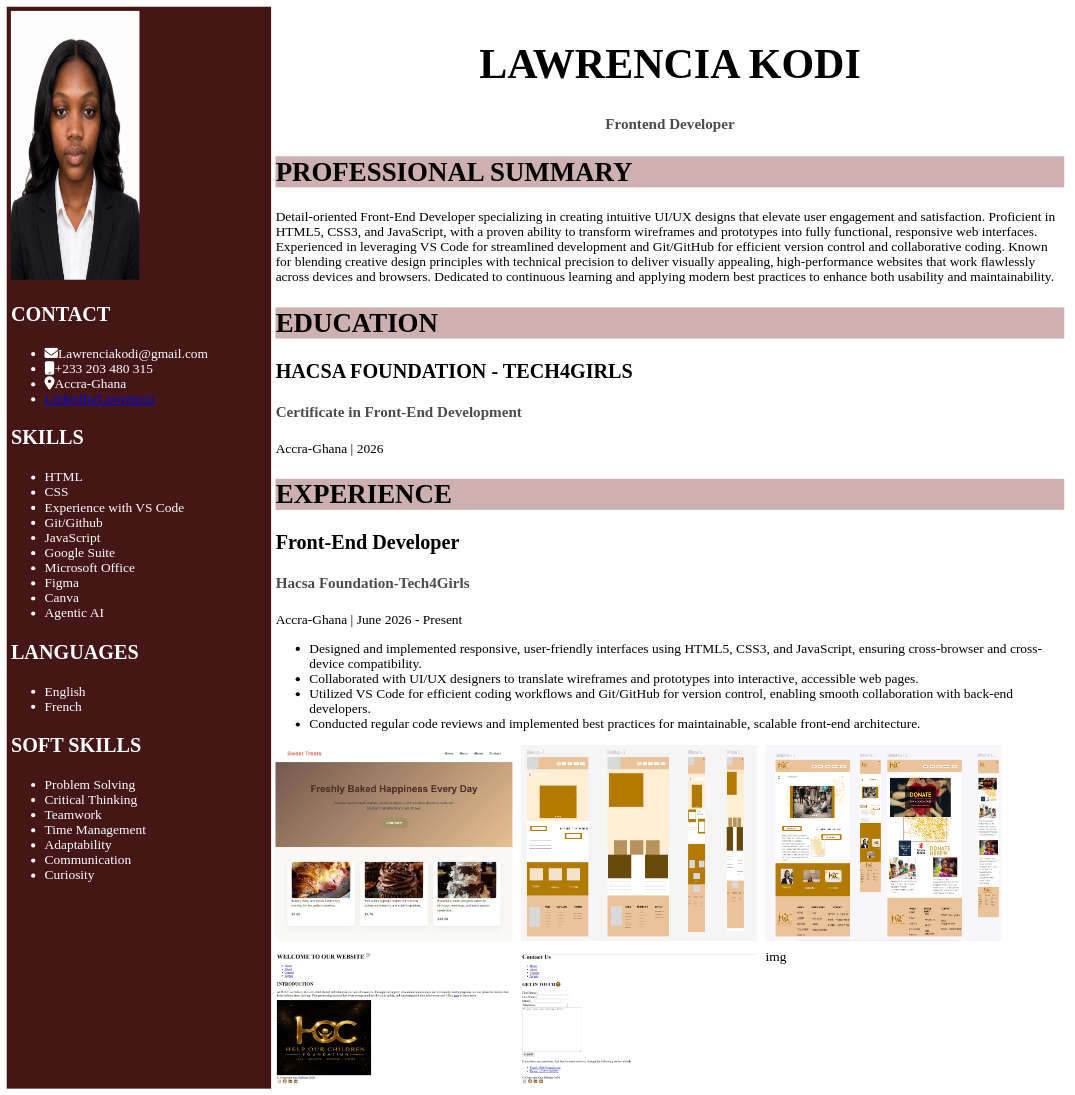
Repository: lawrencia-coder/T4G_CV
Page: index.html
The author's editor kept a copy of each file at every save. The page is drawn from the files as they stood at one save, then again after a run of saves.
The browser window is 1280 px wide. The pictures show the whole page, at 84% of full size.
Some icons come from a web library that is not loaded, so they are not drawn. Some web libraries are served in a nearby version.

Above is the page before, as saved 2026-07-15 08:48:20.

### index.html
<!DOCTYPE html>
<html lang="en">
<head>
    <meta charset="UTF-8">
    <meta name="viewport" content="width=device-width, initial-scale=1.0">
    <script src="https://kit.fontawesome.com/c72fc9c022.js" crossorigin="anonymous"></script>
    <title>T4G_CV</title>
    <link rel="stylesheet" href="style.css">
</head>
<body>
    <div class="cv-container">
        <div class="left-column">
            <img src="images/passport pic 1.png" alt="" width="50%" height="25%">
            <h3>CONTACT</h3>
             <p>
              <ul>
                <li><i class="fa-solid fa-envelope" style="color: rgb(255, 255, 255);"></i>Lawrenciakodi@gmail.com</li>
                <li><i class="fa-solid fa-mobile" style="color: rgb(255, 255, 255);"></i>+233 203 480 315</li>
                <li><i class="fa-solid fa-location-dot" style="color: rgb(255, 255, 255);"></i>Accra-Ghana</li>
                <li><i class="fa-brands fa-square-linkedin" style="color: rgb(255, 255, 255);"></i><a href="www.linkedin.com/in/lawrencia-kodi-192a71305" target="_blank" rel="noopener noreferrer">LinkedIn/Lawrencia</a></li>
              </ul>
             </p>

            <h3>SKILLS</h3>
             <p>
                <ul>
                    <li>HTML</li>
                    <li>CSS</li>
                    <li>Experience with VS Code</li>
                    <li>Git/Github</li>
                    <li>JavaScript</li>
                    <li>Google Suite</li>
                    <li>Microsoft Office</li>
                    <li>Figma</li>
                    <li>Canva</li>
                    <li>Agentic AI</li>
                </ul>
             </p>

             <h3>LANGUAGES</h3>
             <p>
                <ul>
                    <li>English</li>
                    <li>French</li>
                </ul>
             </p>

             <h3>SOFT SKILLS</h3>
             <p>
                <ul>
                    <li>Problem Solving</li>
                    <li>Critical Thinking</li>
                    <li>Teamwork</li>
                    <li>Time Management</li>
                    <li>Adaptability</li>
                    <li>Communication</li>
                    <li>Curiosity</li>
                </ul>
             </p>
        </div>
         <div class="right-column">
             <h1>LAWRENCIA KODI  </h1>
             <h4 style="text-align: center;">Frontend Developer</h4>
             <h2>PROFESSIONAL SUMMARY</h2>
              <p>Detail-oriented Front-End Developer specializing in creating intuitive UI/UX designs that elevate user engagement and satisfaction.
                 Proficient in HTML5, CSS3, and JavaScript, with a proven ability to transform wireframes and prototypes into fully functional, responsive web interfaces.
                 Experienced in leveraging VS Code for streamlined development and Git/GitHub for efficient version control and collaborative coding.
                 Known for blending creative design principles with technical precision to deliver visually appealing, high-performance websites that work flawlessly across devices and browsers.
                 Dedicated to continuous learning and applying modern best practices to enhance both usability and maintainability.
                </p>

                <h2>EDUCATION</h2>
                <h3>HACSA FOUNDATION - TECH4GIRLS</h3>
                <h4>Certificate in Front-End Development</h4>
                <p>Accra-Ghana   |   2026</p>

                <h2>EXPERIENCE</h2>
                <p>
                    <h3>Front-End Developer</h3>
                    <h4>Hacsa Foundation-Tech4Girls </h4>
                    <p2>Accra-Ghana   |   June 2026 - Present</p2>
                </p>
                 <p>
                    <ul>
                        <li>Designed and implemented responsive, user-friendly interfaces using HTML5, CSS3, and JavaScript, ensuring cross-browser and cross-device compatibility.</li>
                        <li>Collaborated with UI/UX designers to translate wireframes and prototypes into interactive, accessible web pages.</li>
                        <li>Utilized VS Code for efficient coding workflows and Git/GitHub for version control, enabling smooth collaboration with back-end developers.</li>
                        <li>Conducted regular code reviews and implemented best practices for maintainable, scalable front-end architecture.</li>
                    </ul>
                 </p>

                 <div class="portfolio">
                    <img src="images/Screenshot_15-7-2026_84035_lawrencia-coder.github.io.jpeg" alt="">
                    <img src="images/Screenshot 2026-07-15 082621.png" alt="">
                    <img src="images/Screenshot 2026-07-15 082739.png" alt="">
                    <img src="images/Screenshot_15-7-2026_83441_lawrencia-coder.github.io.jpeg" alt="">
                    <img src="images/Screenshot_15-7-2026_83647_lawrencia-coder.github.io.jpeg" alt="">
                    img

                 </div>
         </div>
    </div>

</body>
</html>

### style.css
/* styling headings */
h1{
    text-align: center;
    font-size: 50px;
    margin-bottom: none;
}

h4{
    opacity: calc(70%);
    font-size: large;
}

h2{
    background-color: rgb(206, 176, 176);
    font-size: xx-large;
}

h3{
    font-size: x-large;
}

h5{
font-size: large;
opacity: 80%;
display: flex;
flex-direction: row;
}

h6{
align-self: flex-end;
}


/* styling cv-container */
.cv-container{
    display: flex;
    width: 100%;
    min-height: 100vh;
}

.left-column{
width: 26%;
background-color: rgb(69, 22, 22);
color: white;
padding: 5px;
}

.right-column{
    width: 80%;
    background-color: white;
    color: black;
    padding: 5px;
}
 /* portfolio styling */
.portfolio{
    display: flex;
    flex-wrap: wrap;
    gap: 10px;
}
.portfolio img{
    width: 30%;
    height: auto;
}

After the next 3 saves:
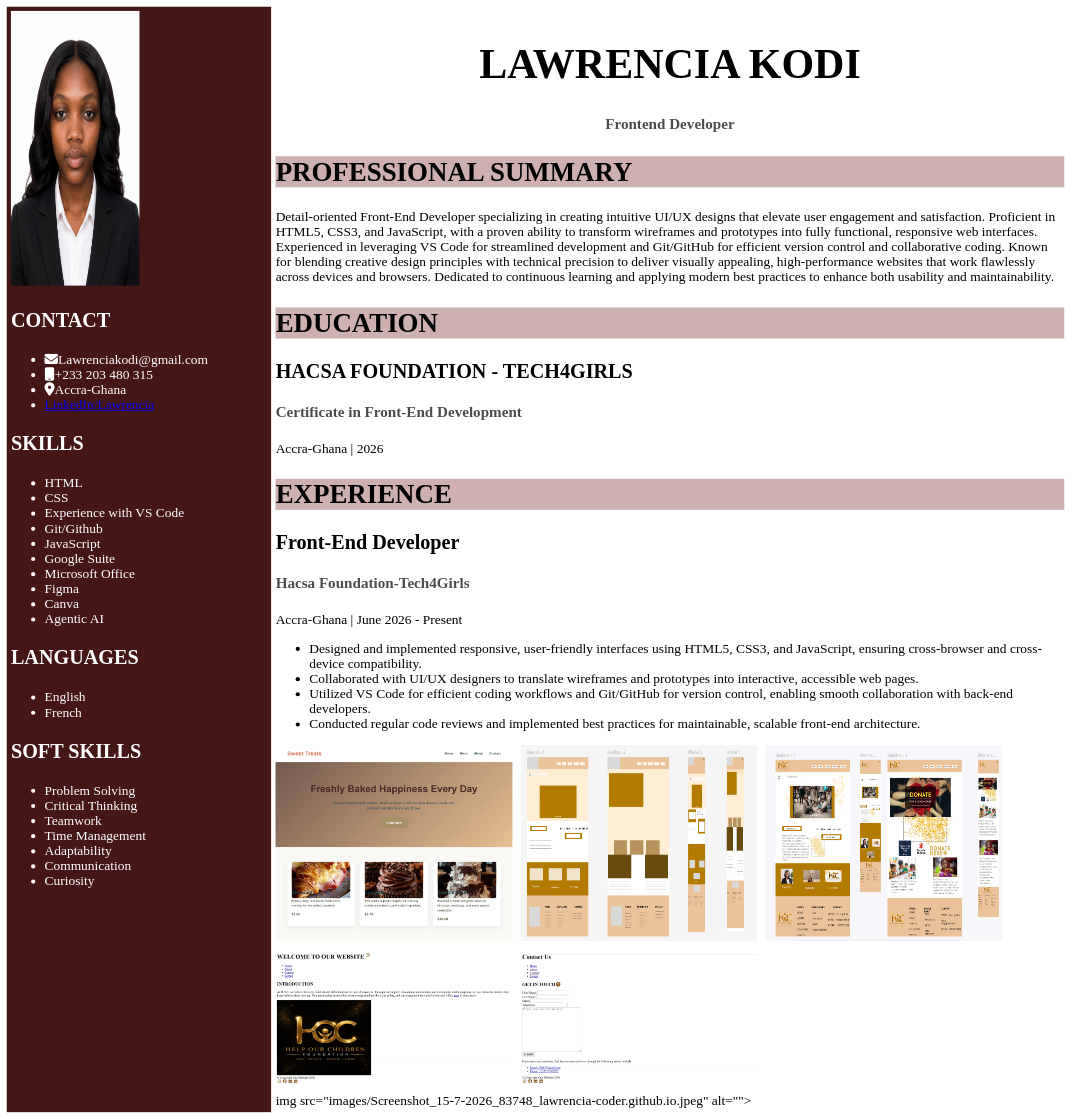
The 3 saves are shown as one change because they came seconds apart.
The last was saved 11 s later.
--- a/index.html
+++ b/index.html
@@ -95,8 +95,7 @@
                     <img src="images/Screenshot 2026-07-15 082739.png" alt="">
                     <img src="images/Screenshot_15-7-2026_83441_lawrencia-coder.github.io.jpeg" alt="">
                     <img src="images/Screenshot_15-7-2026_83647_lawrencia-coder.github.io.jpeg" alt="">
-                    img
-
+                    img src="images/Screenshot_15-7-2026_83748_lawrencia-coder.github.io.jpeg" alt="">
                  </div>
          </div>
     </div>
